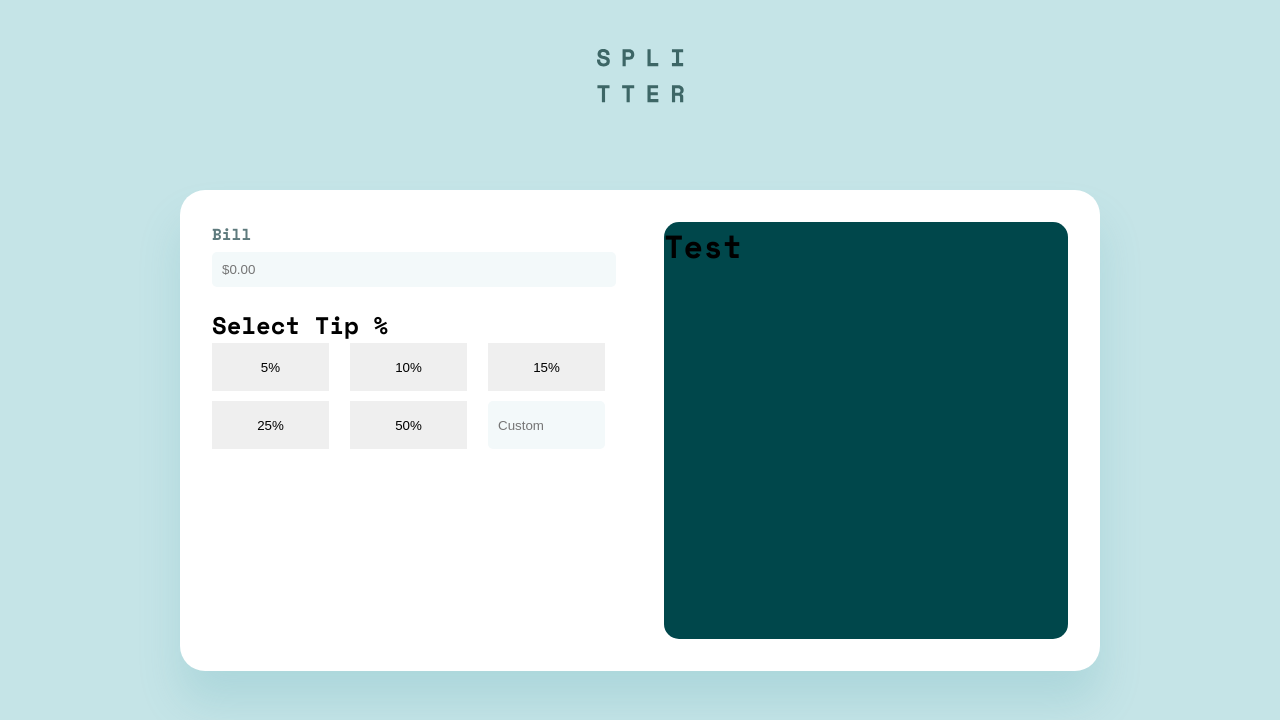
Repository: brandontaylor1/splitter
Page: index.html
These files come from the project's save history. The page is drawn as it stood at one moment and after the next save; the edit follows.
The browser window is 1280 px wide. The pictures show the whole page.

Above is the page before, as saved 2025-02-06 16:41:02.

After the next save:
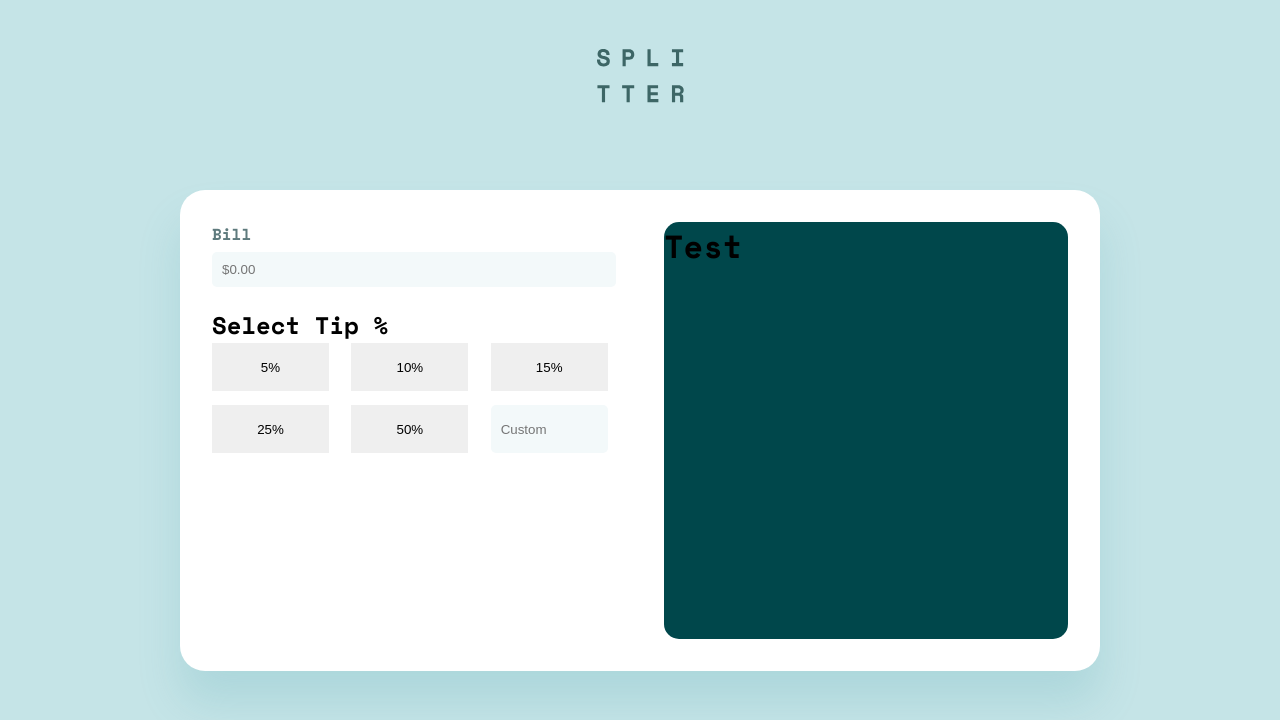
Saved 16 s later.
--- a/styles.css
+++ b/styles.css
@@ -105,7 +105,7 @@ input {
 .tip-buttons {
     display: grid;
     grid-template-columns: repeat(3, 1fr);
-    gap: 10px;
+    gap: 14px;
 
 }
 
